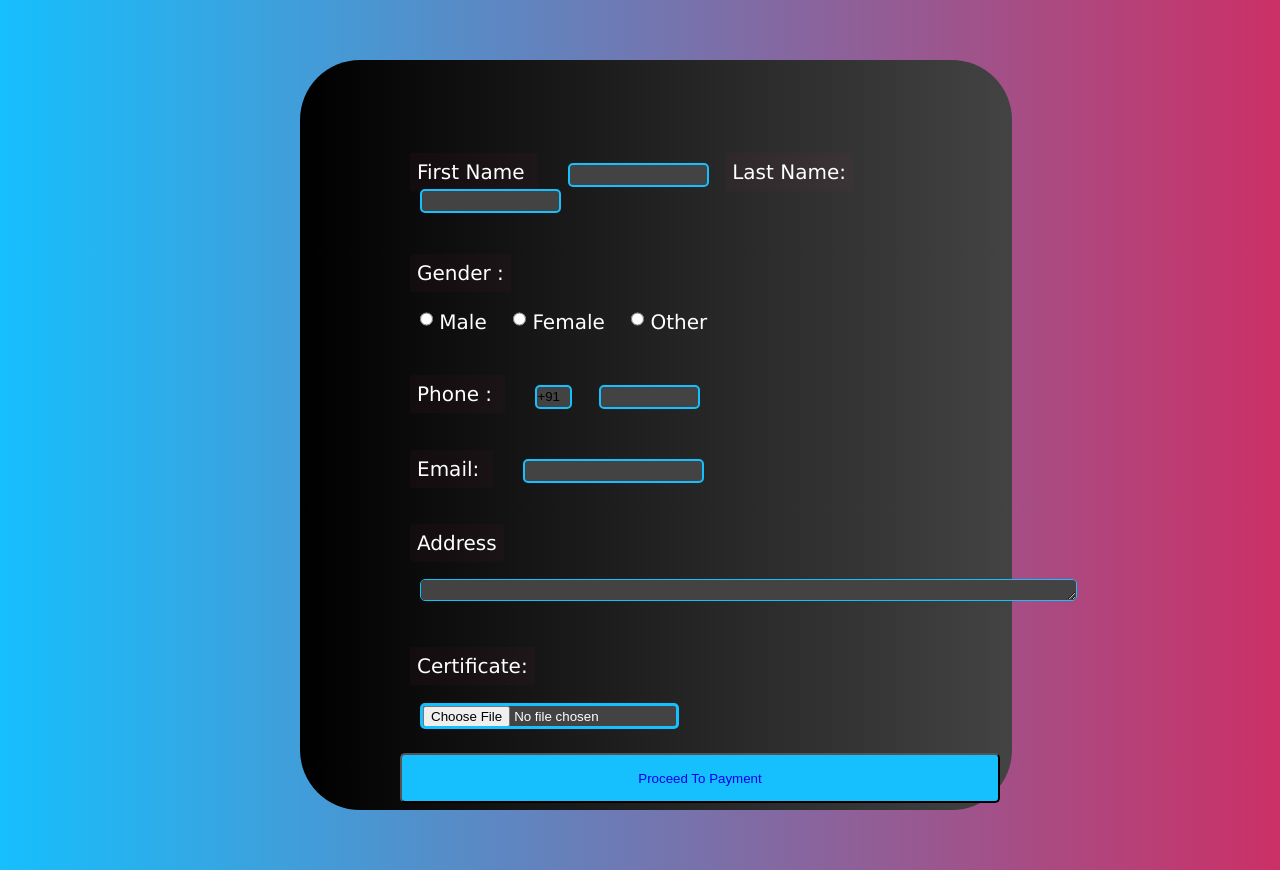
Repository: sarthakkathpalia/elliptical
Page: html/form.html
An editor plug-in stored every save of this project. The page is shown before and after the next save, followed by the edit.
The browser window is 1280 px wide. The pictures show the whole page.

Above is the page before, as saved 2021-10-30 18:01:29.

### html/form.html
<!DOCTYPE html>
<html lang="en">
<head>
    <meta charset="UTF-8">
    <meta http-equiv="X-UA-Compatible" content="IE=edge">
    <meta name="viewport" content="width=device-width, initial-scale=1.0">
    <title>form</title>
</head>
<style>
        *{
        padding: 0%;
        margin: 0%;
            }
        input , textarea{
            border-radius: 5px;
            margin-left: 20px;
            height: 20px;
            background-color: #434343;
            border-style: solid;
            border-color: #16BFFD;
        }
        label{
            background-color: #cb30660a;
            padding: 7px;
            margin: 10px;
            border-radius: 2px;
        }
        .book{
            display:flex;
            align-items: center;

            background-image: linear-gradient(to right ,#16BFFD,#CB3066);
        }
        .box{
            font-family:'Lucida Sans', 'Lucida Sans Regular', 'Lucida Grande', 'Lucida Sans Unicode', Geneva, Verdana, sans-serif;
            border-radius: 60px;
            font-size: 20px;
            color: white;
            background-image: linear-gradient(to right , #000000,#434343);
            width: 40%;
            height: 550px;
            margin-top: 60px;
            margin-bottom: 60px;
            margin-left: 300px;
            padding: 100px;
        }
        button{
            background-color:#16BFFD ;
            width: 600px;
            height: 50px;
            border-radius: 5px;
        }
        a{
            text-decoration: none;
        }

</style>
<body>
    <form class="book">
      <div class="box">
        <label> First Name </label>
        <input type="text" name="firstname" size="15"/>
        <label> Last Name: </label>
        <input type="text" name="lastname" size="15"/> <br> <br> <br>

        <label>
        Gender :
        </label><br>  <br>
        <input type="radio" name="male"/> Male
        <input type="radio" name="female"/> Female
        <input type="radio" name="other"/> Other
        <br>
        <br>
          <br>
        <label>
        Phone :
        </label>
        <input type="text" name="country code"  value="+91" size="2"/>
        <input type="text" name="phone" size="10"/> <br> <br>  <br>
        <label>
            Email:
        </label>
        <input type="email" id="email" name="email"/> <br>
        <br><br>
        <label>
            Address
        </label>
        <br>
        <br>
        <textarea cols="80" rows="5" value="address">
        </textarea>
        <br> <br>  <br>

        <label>
            Certificate:
        </label>
        <br>
        <br>
        <input type="file" id="image-input" accept="image/*">
        <br>
        <br>

        <button><a href="index.html">Proceed To Payment</a></button>
    </div>
        </form>
</body>
</html>

After the next save:
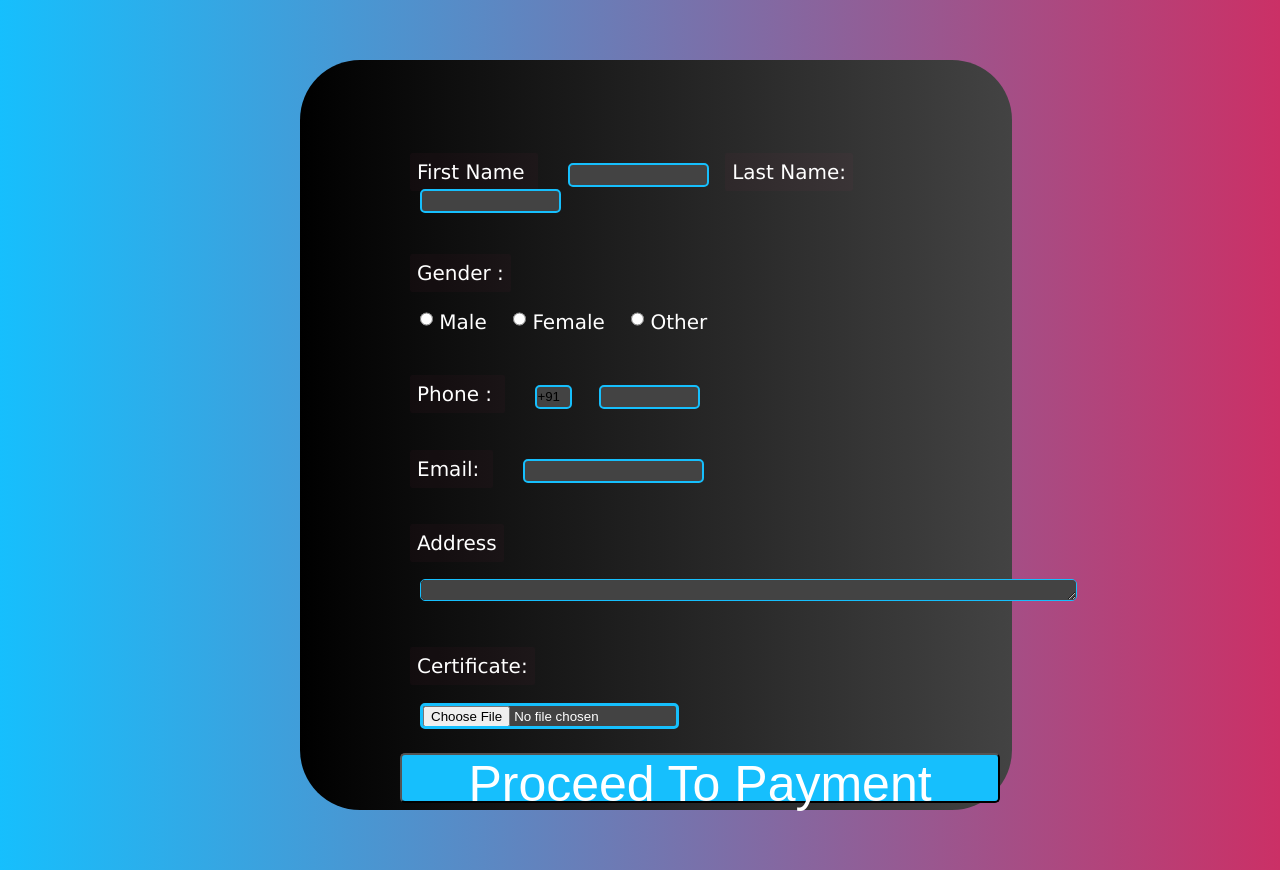
Saved 50 s later.
--- a/html/form.html
+++ b/html/form.html
@@ -51,6 +51,8 @@
             border-radius: 5px;
         }
         a{
+            color: white;
+            font-size: 50px;
             text-decoration: none;
         }
 
